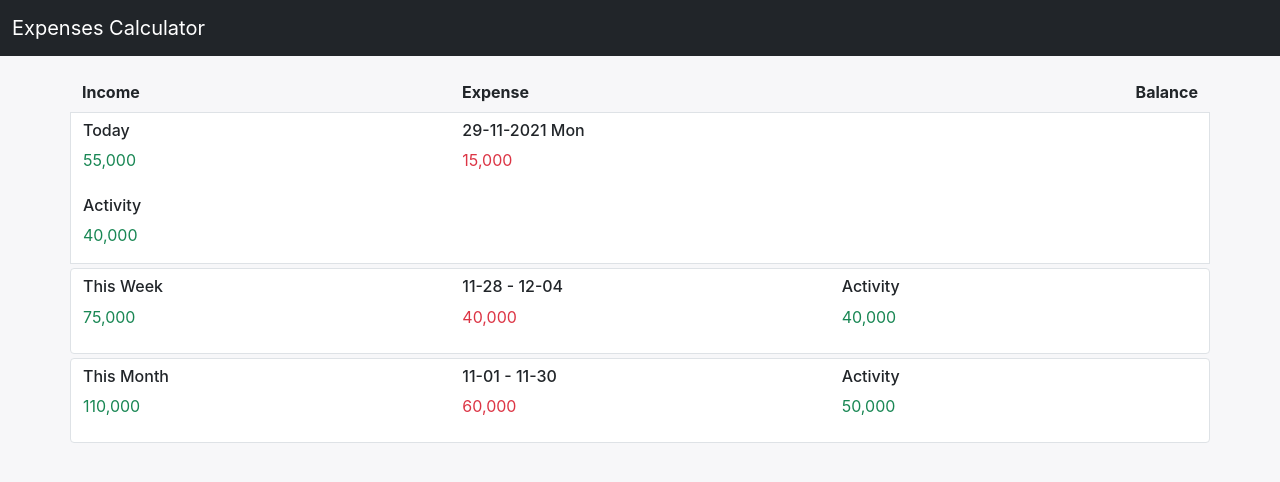
Repository: eidankhan/expenses-calculator
Page: /
These files come from the project's save history. The page is drawn as it stood at one moment and after the next save; the edit follows.
The browser window is 1280 px wide. The pictures show the whole page.
The project was rebuilt for these pictures with package versions that can differ from the ones it lists, and the page was loaded fresh each time. Also part of the build but not shown: src/components/SaveIncome.js.

Above is the page before, as saved 2021-11-29 18:11:53.

After the next save:
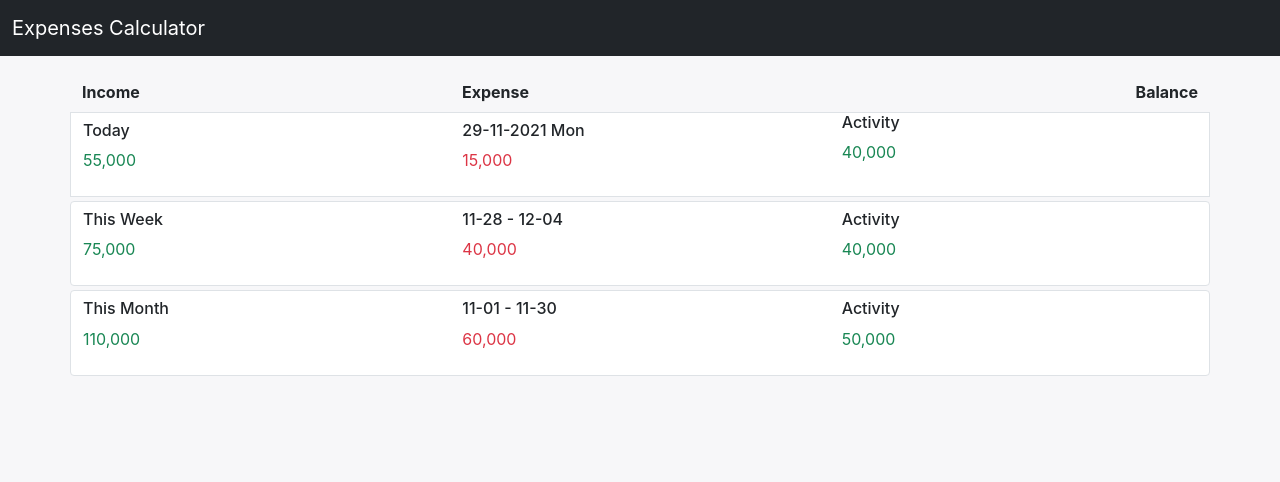
Saved 12 s later.
--- a/src/components/IncomeSummary.js
+++ b/src/components/IncomeSummary.js
@@ -23,7 +23,7 @@ export const IncomeSummary = () => {
           <h6> 29-11-2021 Mon </h6>
           <p className="text-danger"> 15,000</p>
         </div>
-        <div className=" float-end">
+        <div className="col-md-4 float-end">
           <h6> Activity </h6>
           <p className="text-success"> 40,000</p>
         </div>
